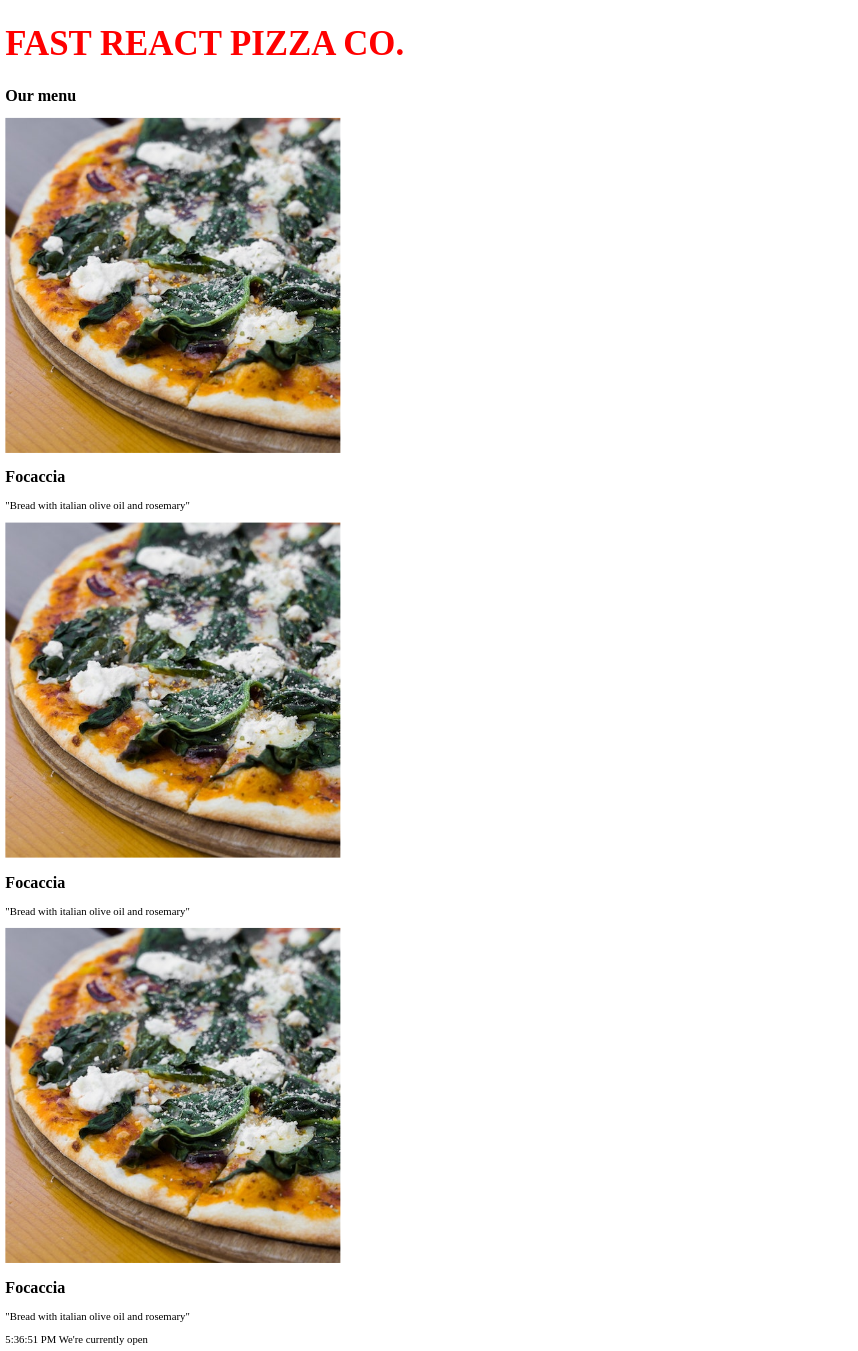
Repository: ahmedharidy/First-React-App
Page: /
These files come from the project's save history. The page is drawn as it stood at one moment and after the next save; the edit follows.
The browser window is 1280 px wide. The pictures show the whole page, at 67% of full size.
The project was rebuilt for these pictures with package versions that can differ from the ones it lists, and the page was loaded fresh each time.

Above is the page before, as saved 2026-09-22 09:06:50.

After the next save:
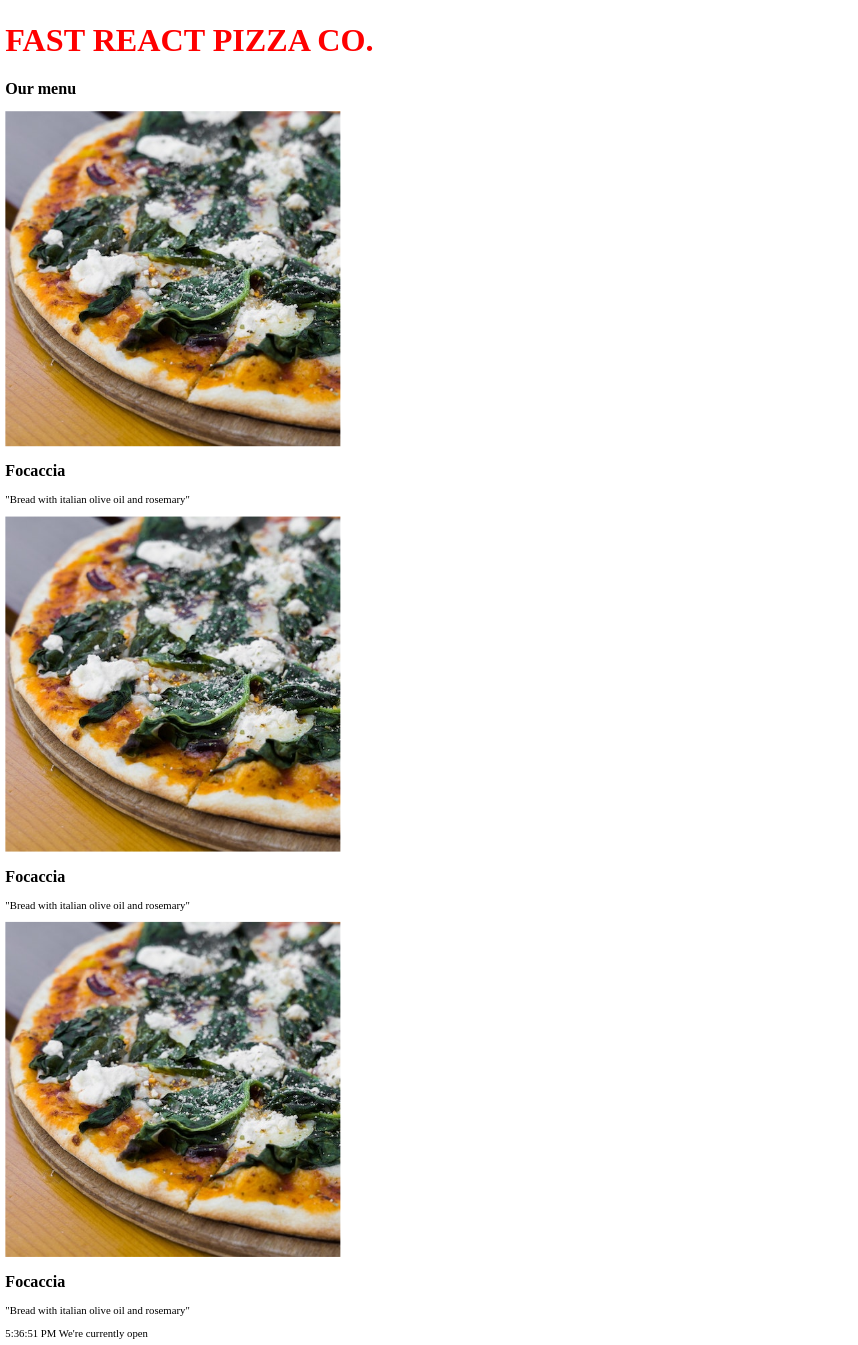
Saved 7 s later.
--- a/src/index.js
+++ b/src/index.js
@@ -67,7 +67,7 @@ function Pizza() {
 
 function Header() {
   return (
-    <h1 style={{ color: "red", fontSize: "52px", textTransform: "uppercase" }}>
+    <h1 style={{ color: "red", fontSize: "48px", textTransform: "uppercase" }}>
       Fast react pizza co.
     </h1>
   );
